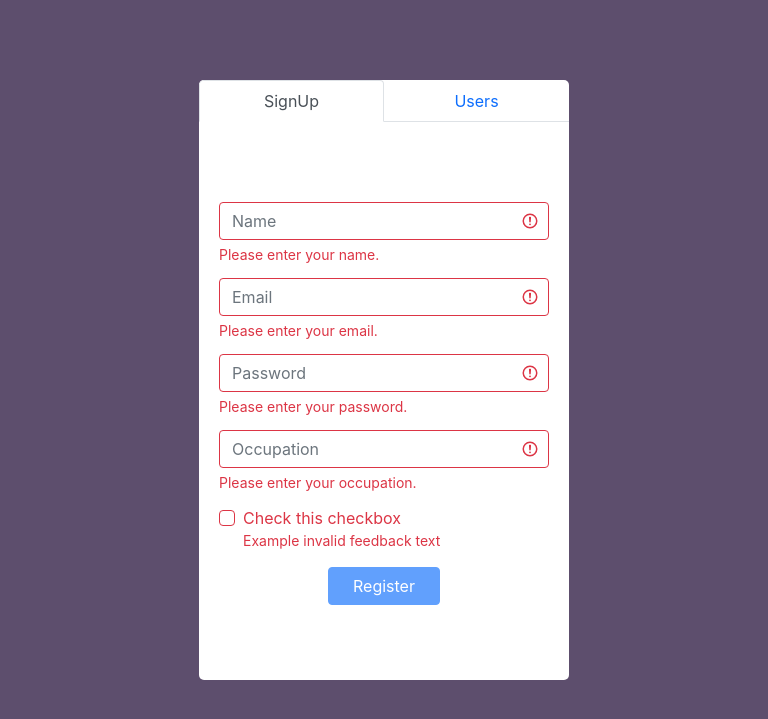
Repository: asadalibest1/SignUp-from
Page: /
These files come from the project's save history. The page is drawn as it stood at one moment and after the next save; the edit follows.
The browser window is 768 px wide. The pictures show the whole page.
The project was rebuilt for these pictures with package versions that can differ from the ones it lists, and the page was loaded fresh each time.

Above is the page before, as saved 2021-02-07 22:05:00.

### public/index.html
<!DOCTYPE html>
<html lang="en">
  <head>
    <meta charset="utf-8" />
    <link rel="icon" href="%PUBLIC_URL%/favicon.png" />
    <meta name="viewport" content="width=device-width, initial-scale=1" />
    <meta name="theme-color" content="#000000" />
    <meta
      name="description"
      content="Web site created using create-react-app"
    />
    <link rel="apple-touch-icon" href="%PUBLIC_URL%/logo192.png" />
    <!--
      manifest.json provides metadata used when your web app is installed on a
      user's mobile device or desktop. See https://developers.google.com/web/fundamentals/web-app-manifest/
    -->
    <link rel="manifest" href="%PUBLIC_URL%/manifest.json" />
    <!--
      Notice the use of %PUBLIC_URL% in the tags above.
      It will be replaced with the URL of the `public` folder during the build.
      Only files inside the `public` folder can be referenced from the HTML.

      Unlike "/favicon.ico" or "favicon.ico", "%PUBLIC_URL%/favicon.ico" will
      work correctly both with client-side routing and a non-root public URL.
      Learn how to configure a non-root public URL by running `npm run build`.
    -->
    <!-- Bootstrap -->
    <link href="https://cdn.jsdelivr.net/npm/bootstrap@5.0.0-beta1/dist/css/bootstrap.min.css" rel="stylesheet" integrity="sha384-giJF6kkoqNQ00vy+HMDP7azOuL0xtbfIcaT9wjKHr8RbDVddVHyTfAAsrekwKmP1" crossorigin="anonymous">
    <title>Sign Up</title>
  </head>
  <body>
    <noscript>You need to enable JavaScript to run this app.</noscript>
    <div id="root"></div>
    <!--
      This HTML file is a template.
      If you open it directly in the browser, you will see an empty page.

      You can add webfonts, meta tags, or analytics to this file.
      The build step will place the bundled scripts into the <body> tag.

      To begin the development, run `npm start` or `yarn start`.
      To create a production bundle, use `npm run build` or `yarn build`.
    -->
    <script src="https://cdn.jsdelivr.net/npm/bootstrap@5.0.0-beta1/dist/js/bootstrap.bundle.min.js" integrity="sha384-ygbV9kiqUc6oa4msXn9868pTtWMgiQaeYH7/t7LECLbyPA2x65Kgf80OJFdroafW" crossorigin="anonymous"></script>
  </body>
</html>

### src/index.css
body {
  margin: 0;
  font-family: -apple-system, BlinkMacSystemFont, 'Segoe UI', 'Roboto', 'Oxygen',
    'Ubuntu', 'Cantarell', 'Fira Sans', 'Droid Sans', 'Helvetica Neue',
    sans-serif;
  -webkit-font-smoothing: antialiased;
  -moz-osx-font-smoothing: grayscale;
  background-color: #5D4E6D;
}

code {
  font-family: source-code-pro, Menlo, Monaco, Consolas, 'Courier New',
    monospace;
}

### src/App.js
import React from 'react'
import App1 from "./components/App1/App1"

export default function App() {
  return (
    <div>
      <App1 />
    </div>
  )
}

### src/components/App1/App1.js
import React from 'react'
import Tabs from '../Tabs/Tabs'

export default function App1() {
    return (
        <div>
            <Tabs />
        </div>
    )
}

### src/features/counter/counterSlice.js
import { createSlice } from '@reduxjs/toolkit';

export const counterSlice = createSlice({
  name: 'counter',
  initialState: {
    value: 0,
  },
  reducers: {
    increment: state => {
      // Redux Toolkit allows us to write "mutating" logic in reducers. It
      // doesn't actually mutate the state because it uses the Immer library,
      // which detects changes to a "draft state" and produces a brand new
      // immutable state based off those changes
      state.value += 1;
    },
    decrement: state => {
      state.value -= 1;
    },
    incrementByAmount: (state, action) => {
      state.value += action.payload;
    },
  },
});

export const { increment, decrement, incrementByAmount } = counterSlice.actions;

// The function below is called a thunk and allows us to perform async logic. It
// can be dispatched like a regular action: `dispatch(incrementAsync(10))`. This
// will call the thunk with the `dispatch` function as the first argument. Async
// code can then be executed and other actions can be dispatched
export const incrementAsync = amount => dispatch => {
  setTimeout(() => {
    dispatch(incrementByAmount(amount));
  }, 1000);
};

// The function below is called a selector and allows us to select a value from
// the state. Selectors can also be defined inline where they're used instead of
// in the slice file. For example: `useSelector((state) => state.counter.value)`
export const selectCount = state => state.counter.value;

export default counterSlice.reducer;

### src/components/Tabs/Tabs.js
import React from 'react'
import SignUp from "../SignUp/SignUp"
import Users from "../Users/Users"
import "./Tabs.css"

export default function Tabs() {
    return (
        <div className="tabs-main">
            <div className="tabs">

                <ul className="nav nav-tabs" id="myTab" role="tablist">
                    <li className="nav-item text-center w-50" role="presentation">
                        <a className="nav-link active" id="signUp-tab" data-bs-toggle="tab" href="#signUp" role="tab" aria-controls="signUp" aria-selected="true">SignUp</a>
                    </li>
                    <li className="nav-item text-center w-50" role="presentation">
                        <a className="nav-link" id="users-tab" data-bs-toggle="tab" href="#users" role="tab" aria-controls="users" aria-selected="false">Users</a>
                    </li>
                </ul>
                <div className="tab-content" id="myTabContent">
                    <div className="tab-pane fade show active" id="signUp" role="tabpanel" aria-labelledby="signUp-tab">
                        <SignUp />
                    </div>
                    <div className="tab-pane fade" id="users" role="tabpanel" aria-labelledby="users-tab">

                        <Users />
                    </div>
                </div>


            </div>
        </div>
    )
}

### src/components/SignUp/SignUp.js
import React from 'react'
import "./SignUp.css"

export default function SignUp() {
    return (
        <div className="SignUp">

<form className="was-validated">

  <div className="mb-3">
    <input type="name" className="form-control" id="validationTextarea" placeholder="Name" required />
    <div className="invalid-feedback">
      Please enter your name.
    </div>
  </div>

  <div className="mb-3">
    <input type="email" className="form-control" id="validationTextarea" placeholder="Email" required />
    <div className="invalid-feedback">
      Please enter your email.
    </div>
  </div>

  <div className="mb-3">
    <input type="password" className="form-control" id="validationTextarea" placeholder="Password" required />
    <div className="invalid-feedback">
      Please enter your password.
    </div>
  </div>

  <div className="mb-3">
    <input type="occupation" className="form-control" id="validationTextarea" placeholder="Occupation" required />
    <div className="invalid-feedback">
      Please enter your occupation.
    </div>
  </div>


  <div className="radioButton form-check mb-3">
    <input type="checkbox" className="form-check-input" id="validationFormCheck1" required />
    <label className="form-check-label" for="validationFormCheck1">Check this checkbox</label>
    <div className="invalid-feedback">Example invalid feedback text</div>
  </div>


  <div className="mb-3 text-center">
    <button className="btn btn-primary px-4" type="submit" disabled >Register</button>
  </div>
</form>
        </div>
    )
}

### src/components/Users/Users.js
import React from 'react'
import "./Users.css"

export default function Users() {
    return (
        <div className="users">

<div  className="tabpanel" role="tabpanel">
    <div className="panel-coloumn mt-3">
  <div className="list-group" id="myList" role="tablist">

    <a className="list-group-item list-group-item-action active" data-bs-toggle="list" href="#home" role="tab">Home</a>

  </div>
  </div>

  <div className="tab-content">

    <div className="tab-pane active" id="home" role="tabpanel">
    <h3>Name</h3>
    <h4>email</h4>
    <h4>password</h4>
    <h4>occupation</h4>

    </div>

  </div>
</div>
        </div>
    )
}

### src/components/Tabs/Tabs.css
.tabs{
    width: 370px;
    height: 75vh;
    background-color: white;
    margin: auto auto;
    margin-top: 10vh;
    border-radius: 5px;
    overflow: hidden;
}

### src/components/SignUp/SignUp.css
.SignUp form{
    margin: 20px;
}

.SignUp form > div{
    /* border: 1px solid black; */
    height: 60px;
}

.SignUp form .radioButton{
    /* border: 1px solid black; */
    height: 45px;
}
.radioButton div{
    /* border: 1px solid black; */
    margin: 0;
}

@media (max-width: 800px) {
    .SignUp form{
        margin-top: 10vh;
    }
}

### src/components/Users/Users.css
.users .tabpanel{
    display: flex;
    flex-direction: row;
    overflow: auto;
}

.users .tab-content{
    height: fit-content;
    margin-top: 20px;
    margin-left: 20px;
}

.panel-coloumn{
    border-right: 1px solid rgb(240, 223, 223);
    height: 500px;
    width: 120px;
}

Loaded but not shown: src/index.js (common file); src/app/store.js (common file); src/serviceWorker.js (common file)

After the next save:
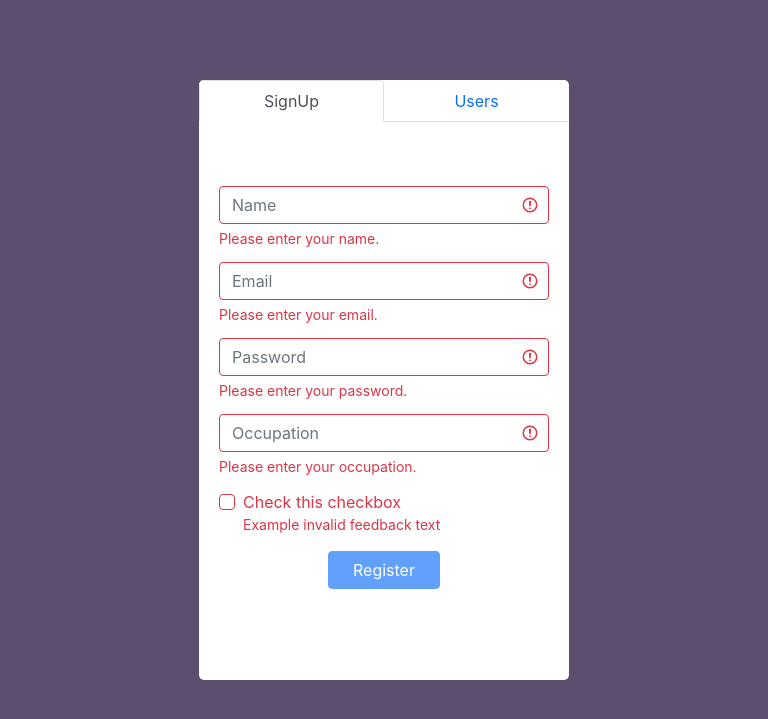
Saved 7 s later.
--- a/src/components/SignUp/SignUp.css
+++ b/src/components/SignUp/SignUp.css
@@ -18,6 +18,6 @@
 
 @media (max-width: 800px) {
     .SignUp form{
-        margin-top: 10vh;
+        margin-top: 8vh;
     }
 }
